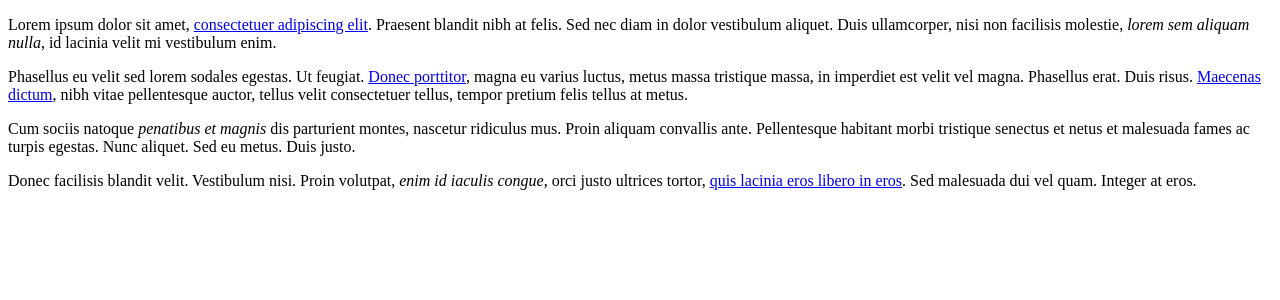
Repository: ScoggoDev/DesarrolloWeb
Page: tarea en equipo 1/Semana 3/index.html
These files come from the project's save history. The page is drawn as it stood at one moment and after a run of saves; the edit follows.
The browser window is 1280 px wide. The pictures show the whole page.

Above is the page before, as saved 2021-07-25 18:23:54.

After the next 2 saves:
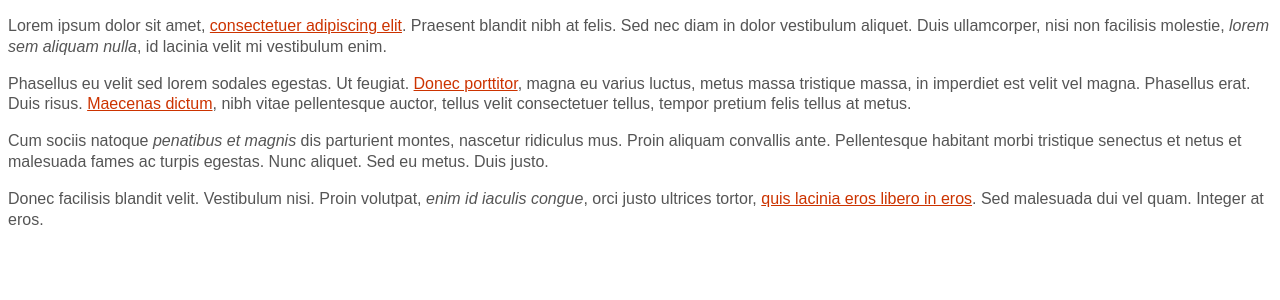
The 2 saves are shown as one change because they came seconds apart.
The last was saved 40 s later.
--- a/tarea en equipo 1/Semana 3/index.html
+++ b/tarea en equipo 1/Semana 3/index.html
@@ -5,15 +5,19 @@
 <title>Ejercicio de selectores</title>
 <style type="text/css">
     /* Todos los elementos de la pagina */
+    body
     { font: 1em/1.3 Arial, Helvetica, sans-serif; }
 
     /* Todos los parrafos de la pagina */
+    p
     { color: #555; }
 
     /* Todos los párrafos contenidos en #primero */
+    #primero
     { color: #336699; }
 
     /* Todos los enlaces la pagina */
+    a
     { color: #CC3300; }
 
     /* Los elementos "em" contenidos en #primero */
@@ -24,7 +28,6 @@
 
     /* Elementos "span" contenidos en .normal */
     { font-weight: bold; }
-
 </style>
 </head>
 
